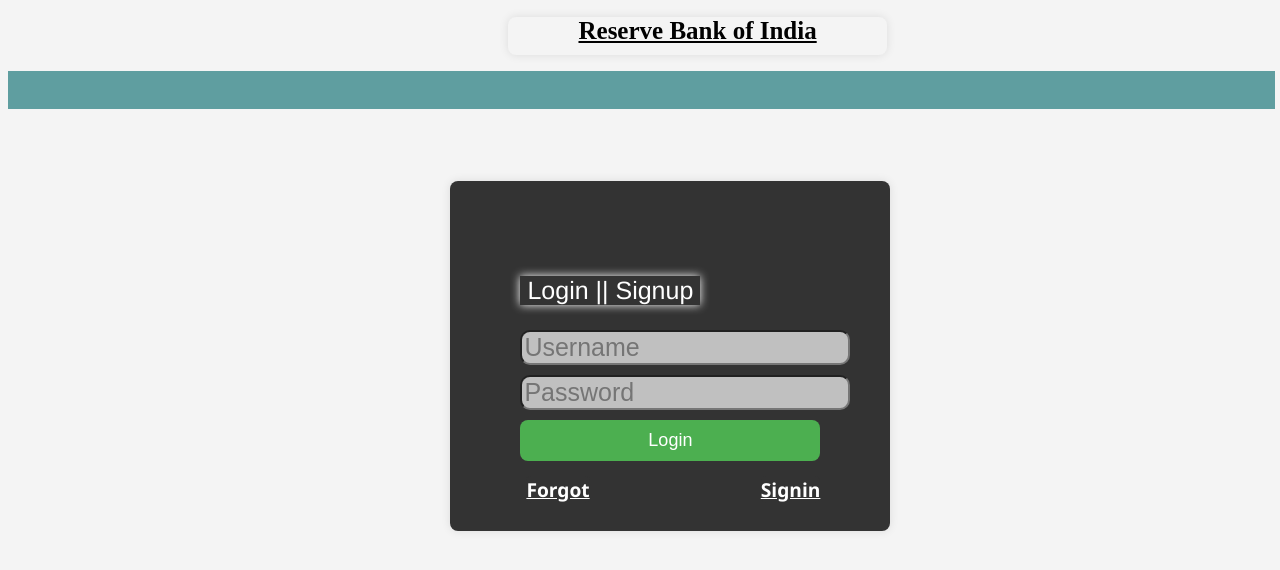
Repository: AbhishekSinghChouhan45/JSP-Projects
Page: http://localhost/BankProject/
An editor plug-in stored every save of this project. The page is shown before and after the next save, followed by the edit.
The browser window is 1280 px wide. The pictures show the whole page.
The page is served by Tomcat 10. Other server files are loaded and not shown.

Above is the page before, as saved 2023-12-09 06:10:09.

### BankProject/src/main/webapp/index.html
<!DOCTYPE html>
<html>
<head>
<meta charset="ISO-8859-1">
<title>RBI</title>
 <link rel="stylesheet" href="style.css">
</head>
<body>
			<div id="div1">
					<h1>Reserve Bank of India</h1>
					<marquee> |    NOTICE TO CUSTOMERS - As per RBI guidelines all Re-KYC/Periodic KYC due customers are requested to contact your home/nearest branch along with latest KYC documents and update your due KYC, if you have already updated your latest KYC with bank, please ignore this communication</marquee>
			</div>
			<div class="page">
				<p>	Login || Signup</p>
				<form>
					<input type="text" name="username" placeholder="Username" id="user"><br>
					<input type="password" name="password" placeholder="Password" id="user"><br>
<!--					<input type="button" name="b1" placeholder="Login/Signup" id="b1"><br>-->
					<button type="submit">Login</button><br>
					<a id="forgot" href="forgot.html">Forgot</a>
					<a id="signin" href="Signin.html">Signin</a>

				</form>


			</div>
</body>
</html>

### BankProject/src/main/webapp/style.css
*{
	background-color: #f4f4f4;
}
#div1 h1{
	 width: 30%;
    height: 1cm;
    border: 0px solid #333;
    text-align: center;
    font-size: 25px;
    color: rgb(0, 0, 0);
    border-radius: 8px;
    text-decoration: underline;
    margin-left: 500px;
     box-shadow: 0 0 10px rgba(0, 0, 0, 0.1);
	}
#div1 marquee{
   align-content: center;
	width: 99%;
	height: 1cm;
	background-color: cadetblue;
	color: white;
	font-size: 30px;
	position: absolute;
}
.page{
	margin-top: 10%;
	margin-left: 35%;
	 background-color: #333;
     box-shadow: 0 0 10px rgba(0, 0, 0, 0.1);
     padding: 70px;
     border-radius: 8px;
     width: 300px;
     text-align: center;
}
.page p{
	font-size: 25px;
	font-family: 'Franklin Gothic Medium', 'Arial Narrow', Arial, sans-serif;
	width: 60%;
	background-color: #333;
	color: white;
  	box-shadow:  0 0 10px rgb(255, 255, 255);
  	text-align: center;

}
form{
	background-color: #333;
}
form #user{
	font-size: 25px;
	border-radius: 10px;
	margin-bottom: 10px;
	background-color: rgb(192, 192, 192);

}
form button{
	 font-size: 18px;
            border: none;
            border-radius: 8px;
            padding: 10px;
            background-color: #4CAF50;
            color: #fff;
            width: 100%;
            cursor: pointer;
}
#forgot{
	margin-left: 2%;
	float: left;
	border: 2px;
}
#signin{
	float: right;

}
form a{
	background-color: #333;
	color: white;
	margin-top: 5%;
	font-size: larger;
	border-style: hidden;
	font-family: 'Segoe UI', Tahoma, Geneva, Verdana, sans-serif;
	font-weight: 600;
/*	box-shadow:  0 0 10px rgb(255, 255, 255);*/
	border-radius: 5px;
	outline-color: aqua;
}
/*Signin css properties*/

After the next save:
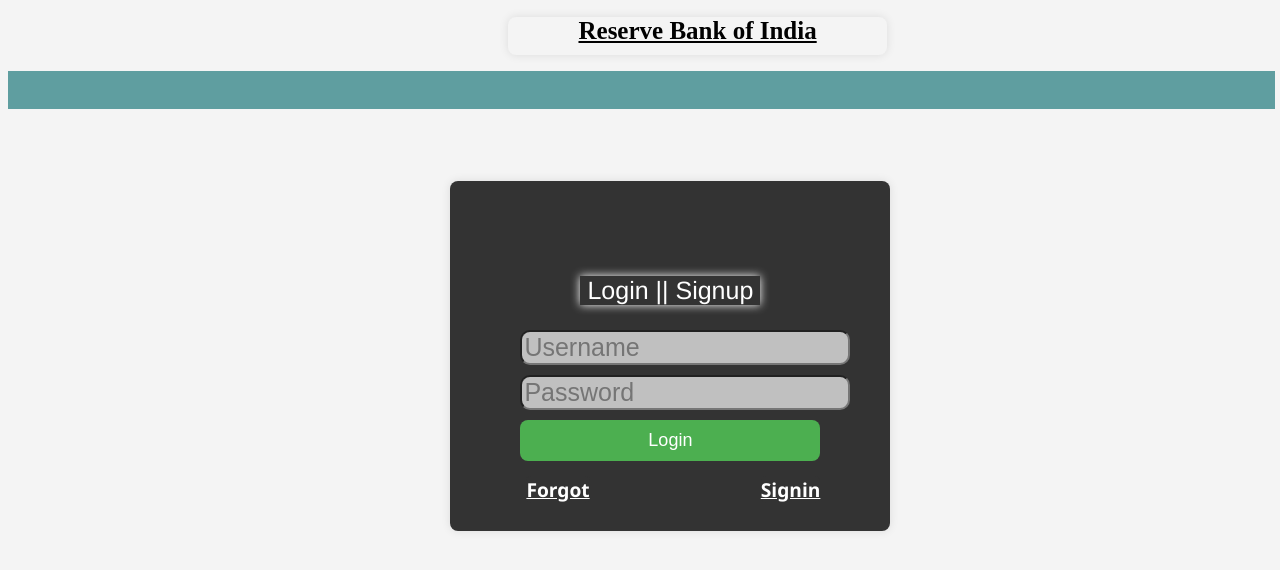
Saved 13 s later.
--- a/BankProject/src/main/webapp/style.css
+++ b/BankProject/src/main/webapp/style.css
@@ -39,7 +39,7 @@
 	background-color: #333;
 	color: white;
   	box-shadow:  0 0 10px rgb(255, 255, 255);
-  	text-align: center;
+	margin-left: 20%;
 
 }
 form{
